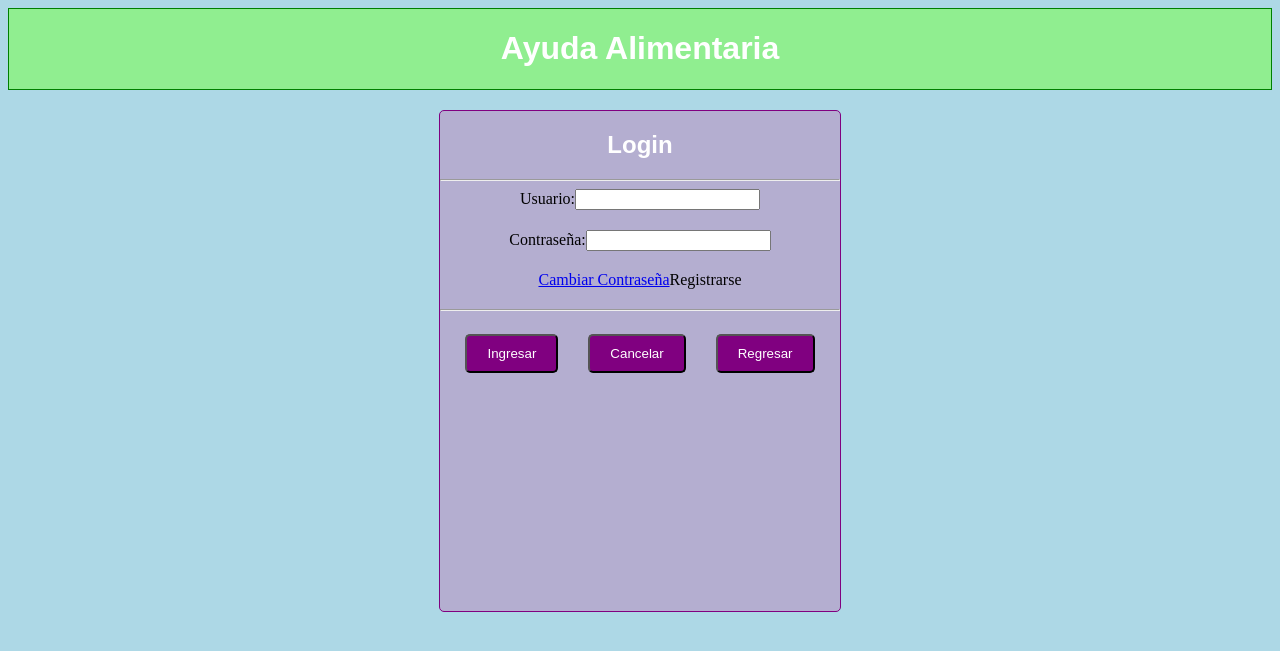
Repository: sonicspeed1/examen1_codigo_bryansantillan
Page: http://localhost/examen_1_bryan_santillan/Login.jsp
The author's editor kept a copy of each file at every save. The page is drawn from the files as they stood at one save, then again after the next save.
The browser window is 1280 px wide. The pictures show the whole page.
The page is served by Tomcat 9.

Above is the page before, as saved 2024-05-25 17:20:21.

After the next save:
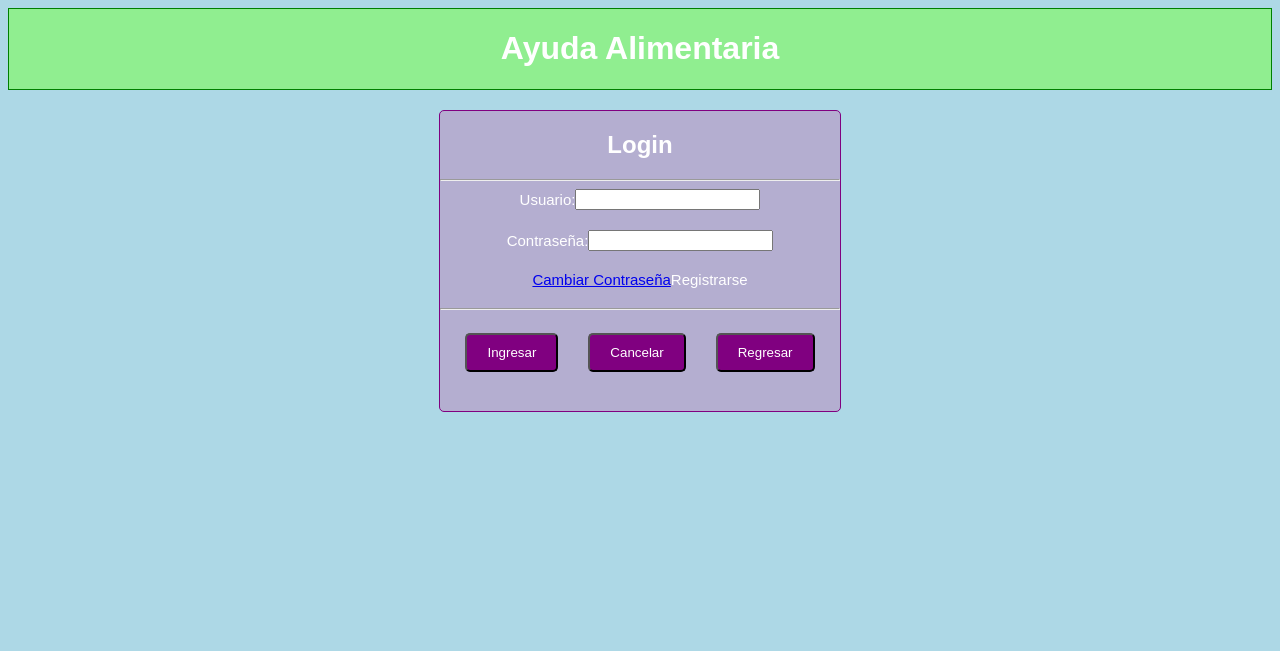
Saved 63 s later.
--- a/examen_1_bryan_santillan/src/main/webapp/estilo.css
+++ b/examen_1_bryan_santillan/src/main/webapp/estilo.css
@@ -12,7 +12,7 @@
     background-color: #b4aed0;
     border-radius: 5px;
     border: 1px solid purple;
-    height: 500px;
+    height: 300px;
     width: 400px;
 }
 .titulo{
@@ -59,6 +59,9 @@
     justify-content: center;
     align-items: center;
     margin-bottom: 20px;
+    font-family: 'Comic Sans MS', cursive, sans-serif;
+   color: white;
+   font-size:15px;
 }
 .button{
 	background-color: purple;
